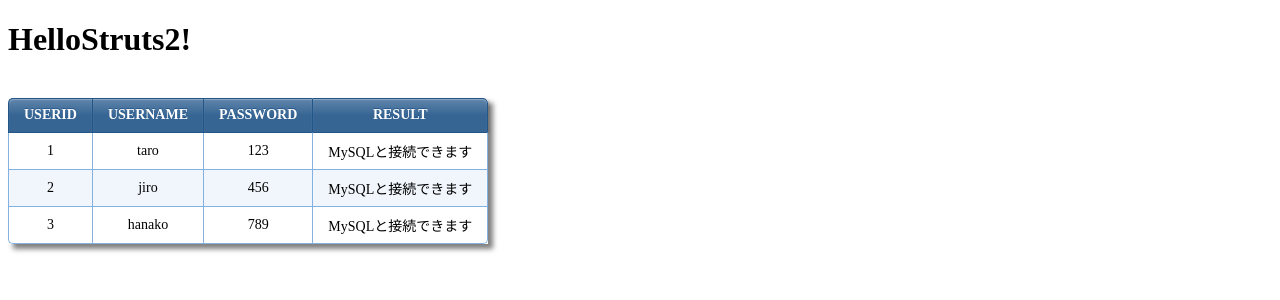
Repository: Numanaka/test
Page: http://localhost/WebProj5/HelloStrutsAction.action
These files come from the project's save history. The page is drawn as it stood at one moment and after the next save; the edit follows.
The browser window is 1280 px wide. The pictures show the whole page.
The page is served by Tomcat 9. The database holds what the project's SQL file puts in it.

Above is the page before, as saved 2019-07-02 07:52:20.

After the next save:
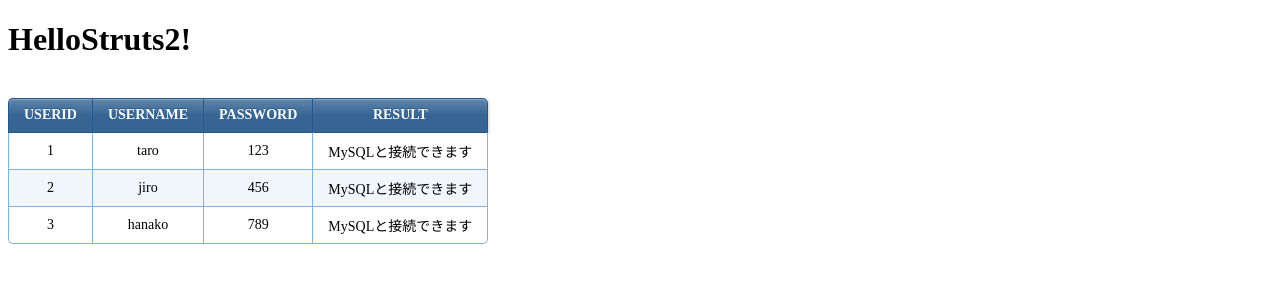
Saved 7 s later.
--- a/WebProj5/WebContent/css/style.css
+++ b/WebProj5/WebContent/css/style.css
@@ -69,5 +69,5 @@ table tr:hover{
 }
 
 table{
-	box-shadow: 5px 5px 5px rgba(0,0,0,0.5);
+	box-shadow: 5px 5px 5px rgba(0,0,0,0.);
 }
